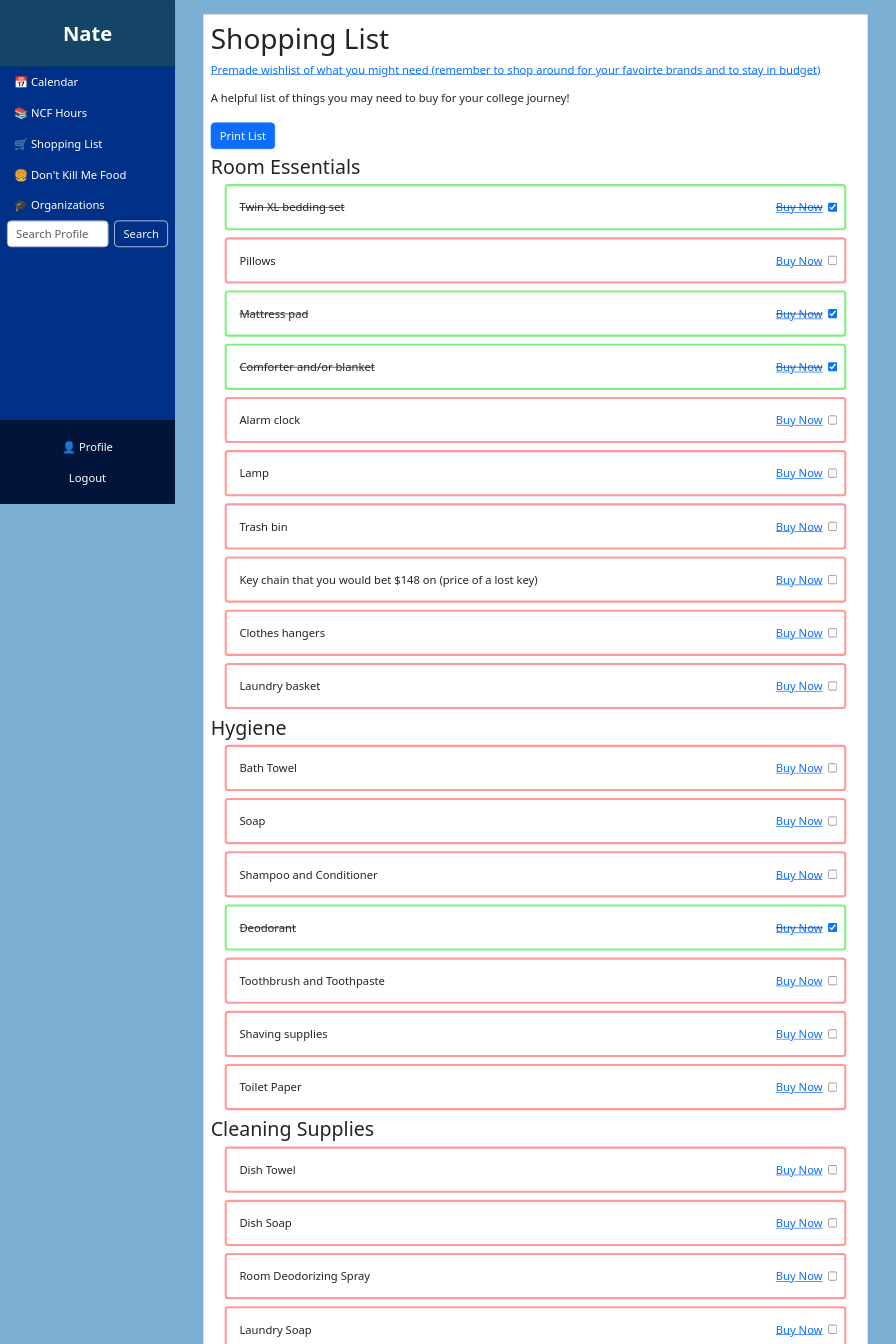
Repository: NateClarkTech/SoftwareEngineeringProject2
Page: http://localhost/shoppinglist/
An editor plug-in stored every save of this project. The page is shown before and after the next save, followed by the edit.
The browser window is 1280 px wide. The pictures show the part of the page from y = 0 to 1920 px (the page is 4429 px tall before and 4421 px after), at 70% of full size.
The page is served by the project's application, run on Django 5.2 (manage.py). The first stored user is signed in. Other server files are loaded and not shown. The page reads the database file committed with the project.

Above is the page before, as saved 2024-03-12 17:59:52.

### ShoppingList/templates/shoppinglist.html
{% extends 'base.html' %}

{% load static %}

{% block title %}Shopping List{% endblock %}

{% block extendHeader %}
<style>
    .item-box {
        border: 1px solid #ccc;
        padding: 10px;
        margin-bottom: 10px;
        margin-left: 20px;
        margin-right: 20px;
        background-color: white;
    }

    .checked {
        text-decoration: line-through;
        border-color: #81ef81;
        border-radius: 5px;
        border-width: 3px;
    }

    .not-checked {
        text-decoration: none;
        border-color: #ff9999;
        border-radius: 5px;
        border-width: 3px;
    }
</style>
{% endblock %}

{% block content %}
<div class="align-items-center">
    {% if user.is_authenticated %}
    <div class="item-box">
        <h1>Shopping List</h1>
        <a href="https://www.amazon.com/hz/wishlist/ls/1MYC1SQ5AHTOC?ref_=wl_share" target="_blank">Premade wishlist of what you might need (remember to shop around for your favoirte brands and to stay in budget)</a>
        <p class="pt-3">A helpful list of things you may need to buy for your college journey!</p>
        <button type="button" class="btn btn-primary my-2">Print List</button>
        {% for category in itemCategories %}
            <h3>{{ category }}</h3>
            {% for item in shoppingItems %}
                {% if item.category == category %}
                    <div class="item-box d-flex {% if item.checked %}checked{%else%}not-checked{% endif %}">
                        <label for="item-{{ forloop.counter }}" class="flex-grow-1 p-2">{{ item.name }}</label>
                        <a href="{{ item.url }}" target="_blank" class="p-2">Buy Now</a>
                        <input type="checkbox" id="item-{{ forloop.counter }}" class="p-2" {% if item.checked %}checked{% endif %}>
                    </div>
                {% endif %}
            {% endfor %}
        {% endfor %}
    </div>
    {% else %}
    <p>You are not logged in</p>
    {% endif %}
</div>
{% endblock %}

{% block scripts %}
    <script src={% static '/js/shoppinglist.js' %}></script>
{% endblock %}

### ShoppingList/models.py
from django.db import models
from django.contrib.auth.models import User

class ShoppingListCategory(models.Model):
    name = models.CharField(max_length=200)

    def __str__(self):
        return self.name

class ShoppingListItem(models.Model):
    user = models.ForeignKey(User, on_delete=models.CASCADE)
    name = models.CharField(max_length=200)
    category = models.ForeignKey(ShoppingListCategory, on_delete=models.CASCADE)
    url = models.URLField(max_length=200)
    checked = models.BooleanField(default=False)

    def __str__(self):
        return self.user.username + " - " + self.name

### Leaderboard/urls.py
from django.urls import path
from . import views
#https://www.reddit.com/r/django/comments/13hknj7/my_project_doesnt_recognize_the_urls_from_one_of/
urlpatterns = [
    path('', views.checklist, name='checklist'),
    path('checklist/', views.checklist, name='checklist'),
    path('update_checklist/', views.update_checklist, name='update_checklist'),
    path('reset-tasks', views.reset_tasks),
    path('leaderboard/', views.leaderboard_view, name='leaderboard'),

]

### ShoppingList/urls.py
from django.urls import path
from . import views
from django.conf import settings
from django.conf.urls.static import static
from django.contrib.auth import views as auth_views

urlpatterns = [
    path('', views.shoppinglist, name='shoppinglist'),
    path('update_shoppinglist', views.update_shoppinglist, name='update_shoppinglist'),
]

### NovoTaskNinja/urls.py
from django.urls import path
from . import views
from django.conf import settings
from django.conf.urls.static import static
from django.contrib.auth import views as auth_views

urlpatterns = [

    # Backend-Heavy Pages
    path('dontkillmefood/', views.dontkillmefood, name='dontkillmefood'),

    # Frontend-Heavy Pages
    path('calendar', views.calendar, name='calendar'),
    path('ncfhours/', views.ncfhours, name='ncfhours'),
    path('', views.home, name='home'),


] + static(settings.MEDIA_URL, document_root=settings.MEDIA_ROOT)

### db.sqlite3 (the tables this page reads, as SQL)
CREATE TABLE "ShoppingList_shoppinglistcategory" ("id" integer NOT NULL PRIMARY KEY AUTOINCREMENT, "name" varchar(200) NOT NULL);
INSERT INTO "ShoppingList_shoppinglistcategory" VALUES
(1, 'Room Essentials'),
(2, 'Hygiene'),
(3, 'Cleaning Supplies'),
(4, 'Beach Supplies'),
(5, 'School Supplies'),
(6, 'Emergency Preparedness'),
(7, 'Other Items');

CREATE TABLE "ShoppingList_shoppinglistitem" ("id" integer NOT NULL PRIMARY KEY AUTOINCREMENT, "name" varchar(200) NOT NULL, "url" varchar(200) NOT NULL, "checked" bool NOT NULL, "user_id" integer NOT NULL REFERENCES "auth_user" ("id") DEFERRABLE INITIALLY DEFERRED, "category_id" bigint NOT NULL REFERENCES "ShoppingList_shoppinglistcategory" ("id") DEFERRABLE INITIALLY DEFERRED);
INSERT INTO "ShoppingList_shoppinglistitem" VALUES
(1, 'Twin XL bedding set', 'https://www.amazon.com/s?k=twin+xl+sheet+sets', 0, 3, 1),
(2, 'Pillows', 'https://www.amazon.com/s?k=bed+pillow', 0, 3, 1),
(3, 'Mattress pad', 'https://www.amazon.com/s?k=mattress+pad', 0, 3, 1),
(4, 'Comforter and/or blanket', 'https://www.amazon.com/s?k=comforter', 0, 3, 1),
(5, 'Alarm clock', 'https://www.amazon.com/s?k=alarm+clock', 0, 3, 1),
(6, 'Lamp', 'https://www.amazon.com/s?k=lamp', 0, 3, 1),
(7, 'Trash bin', 'https://www.amazon.com/s?k=trash+bin', 0, 3, 1),
(8, 'Key chain that you would bet $148 on (price of a lost key)', 'https://www.amazon.com/s?k=key+chain', 0, 3, 1),
(9, 'Clothes hangers', 'clothes hangers', 0, 3, 1),
(10, 'Laundry basket', 'https://www.amazon.com/s?k=laundry+basket', 0, 3, 1),
(11, 'Bath Towel', 'https://www.amazon.com/s?kbath+towel', 0, 3, 2),
(12, 'Soap', 'https://www.amazon.com/s?k=soap', 0, 3, 2),
(13, 'Shampoo and Conditioner', 'https://www.amazon.com/s?k=shampoo+and+conditioner', 0, 3, 2),
(14, 'Deodorant', 'https://www.amazon.com/s?k=deodorant', 0, 3, 2),
(15, 'Toothbrush and Toothpaste', 'https://www.amazon.com/s?k=toothbrush+and+toothpaste', 0, 3, 2),
(16, 'Shaving supplies', 'https://www.amazon.com/s?k=shaving+supplies', 0, 3, 2),
(17, 'Toilet Paper', 'https://www.amazon.com/s?k=toilet+paper', 0, 3, 2),
(18, 'Dish Towel', 'https://www.amazon.com/s?k=dish+towel', 0, 3, 3),
(19, 'Dish Soap', 'https://www.amazon.com/s?k=dish+soap', 0, 3, 3),
(20, 'Room Deodorizing Spray', 'https://www.amazon.com/s?k=room+deodorizing+spray', 0, 3, 3),
(21, 'Laundry Soap', 'https://www.amazon.com/s?k=laundry+soap', 0, 3, 3),
(22, 'Disinfectant Wipes', 'https://www.amazon.com/s?k=disinfectant+wipes', 0, 3, 3),
(23, 'Lysol Spray', 'https://www.amazon.com/s?k=lysol+spray', 0, 3, 3),
(24, 'Swimsuit', 'https://www.amazon.com/s?k=swimsuit', 0, 3, 4),
(25, 'Beach Towel', 'https://www.amazon.com/s?k=beach+towel', 0, 3, 4),
(26, 'Sunscreen', 'https://www.amazon.com/s?k=sunscreen', 0, 3, 4),
(27, 'Refillable Water Bottle', 'https://www.amazon.com/s?k=refillable+water+bottle', 0, 3, 4),
(28, 'Personal Computer', 'https://www.amazon.com/s?k=personal+computer', 0, 3, 5),
(29, 'Printer', 'https://www.amazon.com/s?k=printer', 0, 3, 5),
(30, 'Printer Paper', 'https://www.amazon.com/s?k=printer+paper', 0, 3, 5),
(31, 'Ethernet Cable', 'https://www.amazon.com/s?k=ethernet+cable', 0, 3, 5),
(32, 'Flash Drive', 'https://www.amazon.com/s?k=flash+drive', 0, 3, 5),
(33, 'Notebooks', 'https://www.amazon.com/s?k=notebooks', 0, 3, 5),
(34, 'Laptop Lock', 'https://www.amazon.com/s?k=laptop+lock', 0, 3, 5),
(35, 'Office Supplies (Poster Putty, Stapler, Push Pins, Pen/Pencils, Envelopes and Stamps)', 'https://www.amazon.com/s?k=office+supplies', 0, 3, 5),
(36, 'Desk Lamp', 'https://www.amazon.com/s?k=desk+lamp', 0, 3, 5),
(37, 'Power Strip with Surge Protector', 'https://www.amazon.com/s?k=power+strip+with+surge+protector', 0, 3, 5),
(38, 'Multi-port USB Charger', 'https://www.amazon.com/s?k=multi-port+usb+charger', 0, 3, 5),
(39, 'Headset', 'https://www.amazon.com/s?k=headset', 0, 3, 5),
(40, 'Flashlight', 'https://www.amazon.com/s?k=flashlight', 0, 3, 6),
(41, 'Batteries', 'https://www.amazon.com/s?k=batteries', 0, 3, 6),
(42, 'First-aid Kit', 'https://www.amazon.com/s?k=first-aid+kit', 0, 3, 6),
(43, 'Fan', 'https://www.amazon.com/s?k=fan', 0, 3, 7),
(44, 'Umbrella', 'https://www.amazon.com/s?k=umbrella', 0, 3, 7),
(45, 'Ear Plugs', 'https://www.amazon.com/s?k=ear+plugs', 0, 3, 7),
(46, 'Small Sewing Kit', 'https://www.amazon.com/s?k=sewing+kit', 0, 3, 7),
(47, 'Small Tool Kit', 'https://www.amazon.com/s?k=tool+kit', 0, 3, 7),
(48, 'Storage Bins', 'https://www.amazon.com/s?k=storage+bins', 0, 3, 7),
(49, 'Dishes and Utensils', 'https://www.amazon.com/s?k=dishes+and+utensils', 0, 3, 7),
(50, 'Camera', 'https://www.amazon.com/s?k=camera', 0, 3, 7),
(51, 'Can Opener', 'https://www.amazon.com/s?k=can+opener', 0, 3, 7),
(52, 'Twin XL bedding set', 'https://www.amazon.com/s?k=twin+xl+sheet+sets', 0, 4, 1),
(53, 'Pillows', 'https://www.amazon.com/s?k=bed+pillow', 0, 4, 1),
(54, 'Mattress pad', 'https://www.amazon.com/s?k=mattress+pad', 0, 4, 1),
(55, 'Comforter and/or blanket', 'https://www.amazon.com/s?k=comforter', 0, 4, 1),
(56, 'Alarm clock', 'https://www.amazon.com/s?k=alarm+clock', 0, 4, 1),
(57, 'Lamp', 'https://www.amazon.com/s?k=lamp', 0, 4, 1),
(58, 'Trash bin', 'https://www.amazon.com/s?k=trash+bin', 0, 4, 1),
(59, 'Key chain that you would bet $148 on (price of a lost key)', 'https://www.amazon.com/s?k=key+chain', 0, 4, 1),
(60, 'Clothes hangers', 'clothes hangers', 0, 4, 1),
(61, 'Laundry basket', 'https://www.amazon.com/s?k=laundry+basket', 0, 4, 1),
(62, 'Bath Towel', 'https://www.amazon.com/s?kbath+towel', 0, 4, 2),
(63, 'Soap', 'https://www.amazon.com/s?k=soap', 0, 4, 2),
(64, 'Shampoo and Conditioner', 'https://www.amazon.com/s?k=shampoo+and+conditioner', 0, 4, 2),
(65, 'Deodorant', 'https://www.amazon.com/s?k=deodorant', 0, 4, 2),
(66, 'Toothbrush and Toothpaste', 'https://www.amazon.com/s?k=toothbrush+and+toothpaste', 0, 4, 2),
(67, 'Shaving supplies', 'https://www.amazon.com/s?k=shaving+supplies', 0, 4, 2),
(68, 'Toilet Paper', 'https://www.amazon.com/s?k=toilet+paper', 0, 4, 2),
(69, 'Dish Towel', 'https://www.amazon.com/s?k=dish+towel', 0, 4, 3),
(70, 'Dish Soap', 'https://www.amazon.com/s?k=dish+soap', 0, 4, 3),
(71, 'Room Deodorizing Spray', 'https://www.amazon.com/s?k=room+deodorizing+spray', 0, 4, 3),
(72, 'Laundry Soap', 'https://www.amazon.com/s?k=laundry+soap', 0, 4, 3),
(73, 'Disinfectant Wipes', 'https://www.amazon.com/s?k=disinfectant+wipes', 0, 4, 3),
(74, 'Lysol Spray', 'https://www.amazon.com/s?k=lysol+spray', 0, 4, 3),
(75, 'Swimsuit', 'https://www.amazon.com/s?k=swimsuit', 0, 4, 4),
(76, 'Beach Towel', 'https://www.amazon.com/s?k=beach+towel', 0, 4, 4),
(77, 'Sunscreen', 'https://www.amazon.com/s?k=sunscreen', 0, 4, 4),
(78, 'Refillable Water Bottle', 'https://www.amazon.com/s?k=refillable+water+bottle', 0, 4, 4),
(79, 'Personal Computer', 'https://www.amazon.com/s?k=personal+computer', 0, 4, 5),
(80, 'Printer', 'https://www.amazon.com/s?k=printer', 0, 4, 5),
(81, 'Printer Paper', 'https://www.amazon.com/s?k=printer+paper', 0, 4, 5),
(82, 'Ethernet Cable', 'https://www.amazon.com/s?k=ethernet+cable', 0, 4, 5),
(83, 'Flash Drive', 'https://www.amazon.com/s?k=flash+drive', 0, 4, 5),
(84, 'Notebooks', 'https://www.amazon.com/s?k=notebooks', 0, 4, 5),
(85, 'Laptop Lock', 'https://www.amazon.com/s?k=laptop+lock', 0, 4, 5),
(86, 'Office Supplies (Poster Putty, Stapler, Push Pins, Pen/Pencils, Envelopes and Stamps)', 'https://www.amazon.com/s?k=office+supplies', 0, 4, 5),
(87, 'Desk Lamp', 'https://www.amazon.com/s?k=desk+lamp', 0, 4, 5),
(88, 'Power Strip with Surge Protector', 'https://www.amazon.com/s?k=power+strip+with+surge+protector', 0, 4, 5),
(89, 'Multi-port USB Charger', 'https://www.amazon.com/s?k=multi-port+usb+charger', 0, 4, 5),
(90, 'Headset', 'https://www.amazon.com/s?k=headset', 0, 4, 5),
(91, 'Flashlight', 'https://www.amazon.com/s?k=flashlight', 0, 4, 6),
(92, 'Batteries', 'https://www.amazon.com/s?k=batteries', 0, 4, 6),
(93, 'First-aid Kit', 'https://www.amazon.com/s?k=first-aid+kit', 0, 4, 6),
(94, 'Fan', 'https://www.amazon.com/s?k=fan', 0, 4, 7),
(95, 'Umbrella', 'https://www.amazon.com/s?k=umbrella', 0, 4, 7),
(96, 'Ear Plugs', 'https://www.amazon.com/s?k=ear+plugs', 0, 4, 7),
(97, 'Small Sewing Kit', 'https://www.amazon.com/s?k=sewing+kit', 0, 4, 7),
(98, 'Small Tool Kit', 'https://www.amazon.com/s?k=tool+kit', 0, 4, 7),
(99, 'Storage Bins', 'https://www.amazon.com/s?k=storage+bins', 0, 4, 7),
(100, 'Dishes and Utensils', 'https://www.amazon.com/s?k=dishes+and+utensils', 0, 4, 7),
(101, 'Camera', 'https://www.amazon.com/s?k=camera', 0, 4, 7),
(102, 'Can Opener', 'https://www.amazon.com/s?k=can+opener', 0, 4, 7),
(103, 'Twin XL bedding set', 'https://www.amazon.com/s?k=twin+xl+sheet+sets', 0, 2, 1),
(104, 'Pillows', 'https://www.amazon.com/s?k=bed+pillow', 0, 2, 1),
(105, 'Mattress pad', 'https://www.amazon.com/s?k=mattress+pad', 0, 2, 1),
(106, 'Comforter and/or blanket', 'https://www.amazon.com/s?k=comforter', 0, 2, 1),
(107, 'Alarm clock', 'https://www.amazon.com/s?k=alarm+clock', 0, 2, 1),
(108, 'Lamp', 'https://www.amazon.com/s?k=lamp', 0, 2, 1),
(109, 'Trash bin', 'https://www.amazon.com/s?k=trash+bin', 0, 2, 1),
(110, 'Key chain that you would bet $148 on (price of a lost key)', 'https://www.amazon.com/s?k=key+chain', 0, 2, 1),
(111, 'Clothes hangers', 'https://www.amazon.com/s?k=clothes+hangers', 0, 2, 1),
(112, 'Laundry basket', 'https://www.amazon.com/s?k=laundry+basket', 0, 2, 1),
(113, 'Bath Towel', 'https://www.amazon.com/s?k=bath+towels', 0, 2, 2),
(114, 'Soap', 'https://www.amazon.com/s?k=soap', 0, 2, 2),
(115, 'Shampoo and Conditioner', 'https://www.amazon.com/s?k=shampoo+and+conditioner', 0, 2, 2),
(116, 'Deodorant', 'https://www.amazon.com/s?k=deodorant', 0, 2, 2),
(117, 'Toothbrush and Toothpaste', 'https://www.amazon.com/s?k=toothbrush+and+toothpaste', 0, 2, 2),
(118, 'Shaving supplies', 'https://www.amazon.com/s?k=shaving+supplies', 0, 2, 2),
(119, 'Toilet Paper', 'https://www.amazon.com/s?k=toilet+paper', 0, 2, 2),
(120, 'Dish Towel', 'https://www.amazon.com/s?k=dish+towel', 0, 2, 3),
(121, 'Dish Soap', 'https://www.amazon.com/s?k=dish+soap', 0, 2, 3),
(122, 'Room Deodorizing Spray', 'https://www.amazon.com/s?k=room+deodorizing+spray', 0, 2, 3),
(123, 'Laundry Soap', 'https://www.amazon.com/s?k=laundry+soap', 0, 2, 3),
(124, 'Disinfectant Wipes', 'https://www.amazon.com/s?k=disinfectant+wipes', 0, 2, 3),
(125, 'Lysol Spray', 'https://www.amazon.com/s?k=lysol+spray', 0, 2, 3),
(126, 'Swimsuit', 'https://www.amazon.com/s?k=swimsuit', 0, 2, 4),
(127, 'Beach Towel', 'https://www.amazon.com/s?k=beach+towel', 0, 2, 4),
(128, 'Sunscreen', 'https://www.amazon.com/s?k=sunscreen', 0, 2, 4),
(129, 'Refillable Water Bottle', 'https://www.amazon.com/s?k=refillable+water+bottle', 0, 2, 4),
(130, 'Personal Computer', 'https://www.amazon.com/s?k=personal+computer', 0, 2, 5),
(131, 'Printer', 'https://www.amazon.com/s?k=printer', 0, 2, 5),
(132, 'Printer Paper', 'https://www.amazon.com/s?k=printer+paper', 0, 2, 5),
(133, 'Ethernet Cable', 'https://www.amazon.com/s?k=ethernet+cable', 0, 2, 5),
(134, 'Flash Drive', 'https://www.amazon.com/s?k=flash+drive', 0, 2, 5),
(135, 'Notebooks', 'https://www.amazon.com/s?k=notebooks', 0, 2, 5),
(136, 'Laptop Lock', 'https://www.amazon.com/s?k=laptop+lock', 0, 2, 5),
(137, 'Office Supplies (Poster Putty, Stapler, Push Pins, Pen/Pencils, Envelopes and Stamps)', 'https://www.amazon.com/s?k=office+supplies', 0, 2, 5),
(138, 'Desk Lamp', 'https://www.amazon.com/s?k=desk+lamp', 0, 2, 5),
(139, 'Power Strip with Surge Protector', 'https://www.amazon.com/s?k=power+strip+with+surge+protector', 0, 2, 5),
(140, 'Multi-port USB Charger', 'https://www.amazon.com/s?k=multi-port+usb+charger', 0, 2, 5),
(141, 'Headset', 'https://www.amazon.com/s?k=headset', 0, 2, 5),
(142, 'Flashlight', 'https://www.amazon.com/s?k=flashlight', 0, 2, 6),
(143, 'Batteries', 'https://www.amazon.com/s?k=batteries', 0, 2, 6),
(144, 'First-aid Kit', 'https://www.amazon.com/s?k=first-aid+kit', 0, 2, 6),
(145, 'Fan', 'https://www.amazon.com/s?k=fan', 0, 2, 7),
(146, 'Umbrella', 'https://www.amazon.com/s?k=umbrella', 0, 2, 7),
(147, 'Ear Plugs', 'https://www.amazon.com/s?k=ear+plugs', 0, 2, 7),
(148, 'Small Sewing Kit', 'https://www.amazon.com/s?k=sewing+kit', 0, 2, 7),
(149, 'Small Tool Kit', 'https://www.amazon.com/s?k=tool+kit', 0, 2, 7),
(150, 'Storage Bins', 'https://www.amazon.com/s?k=storage+bins', 0, 2, 7),
(151, 'Dishes and Utensils', 'https://www.amazon.com/s?k=dishes+and+utensils', 0, 2, 7),
(152, 'Camera', 'https://www.amazon.com/s?k=camera', 0, 2, 7),
(153, 'Can Opener', 'https://www.amazon.com/s?k=can+opener', 0, 2, 7),
(154, 'Twin XL bedding set', 'https://www.amazon.com/s?k=twin+xl+sheet+sets', 1, 1, 1),
(155, 'Pillows', 'https://www.amazon.com/s?k=bed+pillow', 0, 1, 1),
(156, 'Mattress pad', 'https://www.amazon.com/s?k=mattress+pad', 1, 1, 1),
(157, 'Comforter and/or blanket', 'https://www.amazon.com/s?k=comforter', 1, 1, 1),
(158, 'Alarm clock', 'https://www.amazon.com/s?k=alarm+clock', 0, 1, 1),
(159, 'Lamp', 'https://www.amazon.com/s?k=lamp', 0, 1, 1),
(160, 'Trash bin', 'https://www.amazon.com/s?k=trash+bin', 0, 1, 1),
(161, 'Key chain that you would bet $148 on (price of a lost key)', 'https://www.amazon.com/s?k=key+chain', 0, 1, 1),
(162, 'Clothes hangers', 'https://www.amazon.com/s?k=clothes+hangers', 0, 1, 1),
(163, 'Laundry basket', 'https://www.amazon.com/s?k=laundry+basket', 0, 1, 1),
(164, 'Bath Towel', 'https://www.amazon.com/s?k=bath+towels', 0, 1, 2),
(165, 'Soap', 'https://www.amazon.com/s?k=soap', 0, 1, 2),
(166, 'Shampoo and Conditioner', 'https://www.amazon.com/s?k=shampoo+and+conditioner', 0, 1, 2),
(167, 'Deodorant', 'https://www.amazon.com/s?k=deodorant', 1, 1, 2),
(168, 'Toothbrush and Toothpaste', 'https://www.amazon.com/s?k=toothbrush+and+toothpaste', 0, 1, 2),
(169, 'Shaving supplies', 'https://www.amazon.com/s?k=shaving+supplies', 0, 1, 2),
(170, 'Toilet Paper', 'https://www.amazon.com/s?k=toilet+paper', 0, 1, 2),
(171, 'Dish Towel', 'https://www.amazon.com/s?k=dish+towel', 0, 1, 3),
(172, 'Dish Soap', 'https://www.amazon.com/s?k=dish+soap', 0, 1, 3),
(173, 'Room Deodorizing Spray', 'https://www.amazon.com/s?k=room+deodorizing+spray', 0, 1, 3),
(174, 'Laundry Soap', 'https://www.amazon.com/s?k=laundry+soap', 0, 1, 3),
(175, 'Disinfectant Wipes', 'https://www.amazon.com/s?k=disinfectant+wipes', 0, 1, 3),
(176, 'Lysol Spray', 'https://www.amazon.com/s?k=lysol+spray', 0, 1, 3),
(177, 'Swimsuit', 'https://www.amazon.com/s?k=swimsuit', 0, 1, 4),
(178, 'Beach Towel', 'https://www.amazon.com/s?k=beach+towel', 0, 1, 4),
(179, 'Sunscreen', 'https://www.amazon.com/s?k=sunscreen', 0, 1, 4),
(180, 'Refillable Water Bottle', 'https://www.amazon.com/s?k=refillable+water+bottle', 0, 1, 4),
(181, 'Personal Computer', 'https://www.amazon.com/s?k=personal+computer', 0, 1, 5),
(182, 'Printer', 'https://www.amazon.com/s?k=printer', 0, 1, 5),
(183, 'Printer Paper', 'https://www.amazon.com/s?k=printer+paper', 0, 1, 5),
(184, 'Ethernet Cable', 'https://www.amazon.com/s?k=ethernet+cable', 0, 1, 5),
(185, 'Flash Drive', 'https://www.amazon.com/s?k=flash+drive', 0, 1, 5),
(186, 'Notebooks', 'https://www.amazon.com/s?k=notebooks', 0, 1, 5),
(187, 'Laptop Lock', 'https://www.amazon.com/s?k=laptop+lock', 0, 1, 5),
(188, 'Office Supplies (Poster Putty, Stapler, Push Pins, Pen/Pencils, Envelopes and Stamps)', 'https://www.amazon.com/s?k=office+supplies', 0, 1, 5),
(189, 'Desk Lamp', 'https://www.amazon.com/s?k=desk+lamp', 0, 1, 5),
(190, 'Power Strip with Surge Protector', 'https://www.amazon.com/s?k=power+strip+with+surge+protector', 0, 1, 5),
(191, 'Multi-port USB Charger', 'https://www.amazon.com/s?k=multi-port+usb+charger', 0, 1, 5),
(192, 'Headset', 'https://www.amazon.com/s?k=headset', 0, 1, 5),
(193, 'Flashlight', 'https://www.amazon.com/s?k=flashlight', 0, 1, 6),
(194, 'Batteries', 'https://www.amazon.com/s?k=batteries', 0, 1, 6),
(195, 'First-aid Kit', 'https://www.amazon.com/s?k=first-aid+kit', 0, 1, 6),
(196, 'Fan', 'https://www.amazon.com/s?k=fan', 0, 1, 7),
(197, 'Umbrella', 'https://www.amazon.com/s?k=umbrella', 0, 1, 7),
(198, 'Ear Plugs', 'https://www.amazon.com/s?k=ear+plugs', 0, 1, 7),
(199, 'Small Sewing Kit', 'https://www.amazon.com/s?k=sewing+kit', 0, 1, 7),
(200, 'Small Tool Kit', 'https://www.amazon.com/s?k=tool+kit', 0, 1, 7),
(201, 'Storage Bins', 'https://www.amazon.com/s?k=storage+bins', 0, 1, 7),
(202, 'Dishes and Utensils', 'https://www.amazon.com/s?k=dishes+and+utensils', 0, 1, 7),
(203, 'Camera', 'https://www.amazon.com/s?k=camera', 0, 1, 7),
(204, 'Can Opener', 'https://www.amazon.com/s?k=can+opener', 0, 1, 7);

CREATE TABLE "auth_user" ("id" integer NOT NULL PRIMARY KEY AUTOINCREMENT, "password" varchar(128) NOT NULL, "last_login" datetime NULL, "is_superuser" bool NOT NULL, "username" varchar(150) NOT NULL UNIQUE, "last_name" varchar(150) NOT NULL, "email" varchar(254) NOT NULL, "is_staff" bool NOT NULL, "is_active" bool NOT NULL, "date_joined" datetime NOT NULL, "first_name" varchar(150) NOT NULL);
INSERT INTO "auth_user" VALUES
(1, 'pbkdf2_sha256$720000$voXDfFPGW35Vj4HBNrXH6O$81VbTivkDmHTHyrO0enerEqBO5Y1jna5vWEizOy2neM=', '2024-03-12 19:50:57.516190', 0, 'Nate', '', '', 0, 1, '2024-03-10 17:59:04.381654', ''),
(2, 'pbkdf2_sha256$720000$6xx2oJHi4sTw9UGfKxI1Vr$hTFa86Txj4tm4MMlh+gyYzNVMNkcrilSLcoieOe8rZ0=', '2024-03-12 19:31:30.492896', 1, 'admin', '', '', 1, 1, '2024-03-10 17:59:37.223655', ''),
(3, 'pbkdf2_sha256$720000$CYfsySN9KJ3kKCFa7FcOyu$1SpWWJdIaEb00rFZobW7XtaDRaXiSxJRIjAVbF6ooGU=', '2024-03-12 15:52:11.849871', 0, 'NotNate', '', '', 0, 1, '2024-03-10 21:43:19.463536', ''),
(4, 'pbkdf2_sha256$720000$yQsW3wlpSp5GMrkLKbaAMK$XEmvrkUnHV2qiy/8O9pIhwGZvYNqFGRgejnn5yn4QFM=', '2024-03-11 00:26:01.990320', 0, 'Username', '', '', 0, 1, '2024-03-11 00:26:01.476318', '');

Loaded but not shown: ShoppingList/static/js/shoppinglist.js (67 lines, source omitted); NovoTaskNinja/templates/navbar.html (248 lines, source omitted); ShoppingList/views.py (113 lines, source omitted); static/css/base/base.css (123 lines, source omitted); NovoTaskNinja/templates/base.html (49 lines, source omitted); SEProject2/urls.py (30 lines, source omitted); Profile/urls.py (26 lines, source omitted)

After the next save:
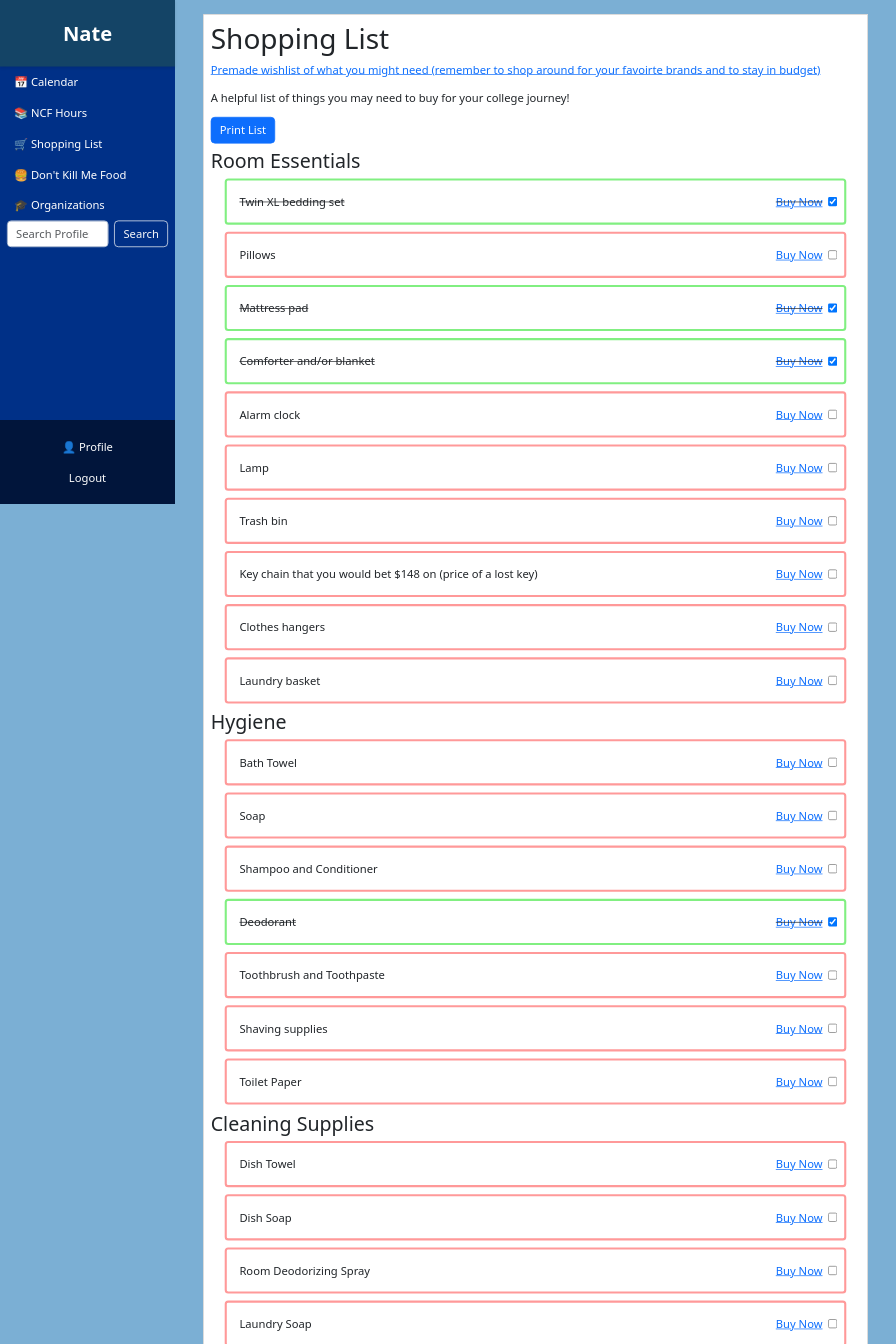
Saved 9 s later.
--- a/ShoppingList/templates/shoppinglist.html
+++ b/ShoppingList/templates/shoppinglist.html
@@ -38,7 +38,7 @@
         <h1>Shopping List</h1>
         <a href="https://www.amazon.com/hz/wishlist/ls/1MYC1SQ5AHTOC?ref_=wl_share" target="_blank">Premade wishlist of what you might need (remember to shop around for your favoirte brands and to stay in budget)</a>
         <p class="pt-3">A helpful list of things you may need to buy for your college journey!</p>
-        <button type="button" class="btn btn-primary my-2">Print List</button>
+        <button type="button" class="btn btn-primary mb-2">Print List</button>
         {% for category in itemCategories %}
             <h3>{{ category }}</h3>
             {% for item in shoppingItems %}
